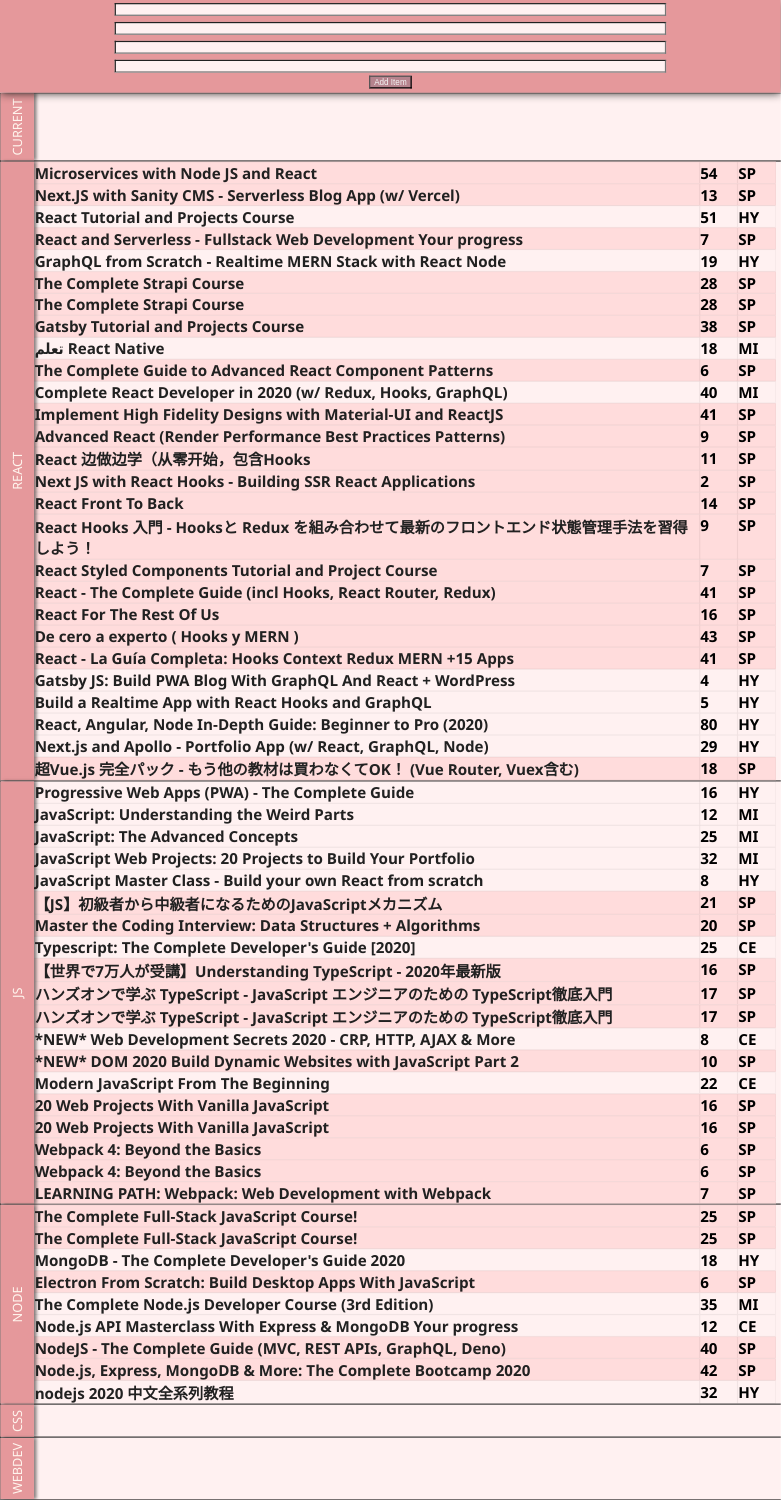
Repository: ClementLight/plan
Page: codicrs.html
An editor plug-in stored every save of this project. The page is shown before and after the next save, followed by the edit.
The browser window is 1280 px wide. The pictures show the whole page, at 61% of full size.

Above is the page before, as saved 2020-09-01 14:41:35.

After the next save:
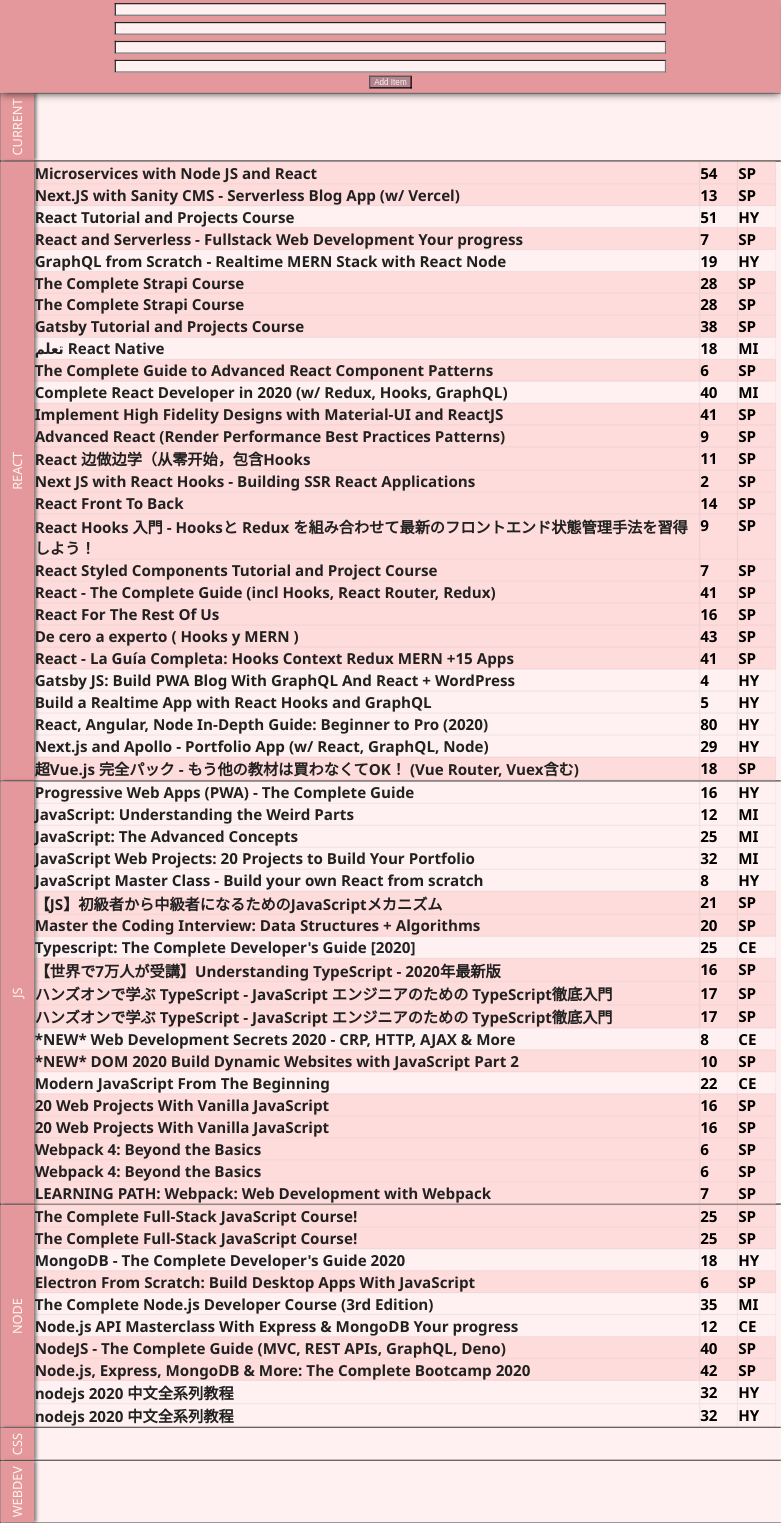
Saved 7 s later.
--- a/jsondata.js
+++ b/jsondata.js
@@ -531,4 +531,13 @@
     title: "nodejs 2020 中文全系列教程",
     url: "https://www.udemy.com/course/nodejs-2020/learn/lecture/19475016?start=315#overview",
   },
+  {
+    id: "55",
+    subject: "Node",
+    tags: "Node",
+    hours: 32,
+    account: "HY",
+    title: "nodejs 2020 中文全系列教程",
+    url: "https://www.udemy.com/course/nodejs-2020/learn/lecture/19475016?start=315#overview",
+  },
 ]
